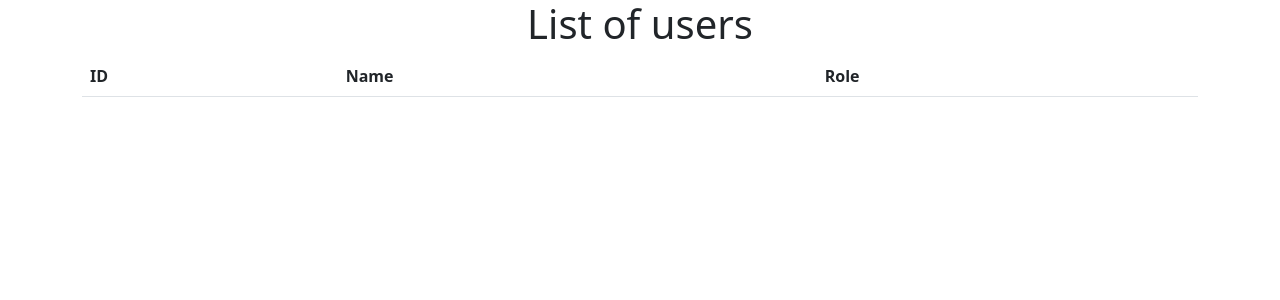
Repository: ahamie71/chat
Page: http://localhost/view/admin.phtml
These files come from the project's save history. The page is drawn as it stood at one moment and after a run of saves; the edit follows.
The browser window is 1280 px wide. The pictures show the whole page.
Some web libraries are served in a nearby version. The page is run by PHP 8.4 with error messages shown; the project is at /var/www/html/. Queries for data that is not in the repository find no rows.

Above is the page before, as saved 2023-01-13 10:33:32.

### view/admin.phtml
<?php
$db = new PDO('mysql:host=localhost;dbname=train;charset=utf8', 'root', 'root');
$req = "SELECT * FROM user ";
$recupererstmt=$db->prepare($req);
$recupererstmt->execute();
$result=$recupererstmt->fetchAll();
?>
<!DOCTYPE html>
<html lang="en">
<head>
    <meta charset="UTF-8">
    <meta http-equiv="X-UA-Compatible" content="IE=edge">
    <meta name="viewport" content="width=device-width, initial-scale=1.0">
    <link href="https://cdn.jsdelivr.net/npm/bootstrap@5.2.3/dist/css/bootstrap.min.css" rel="stylesheet" integrity="sha384-rbsA2VBKQhggwzxH7pPCaAqO46MgnOM80zW1RWuH61DGLwZJEdK2Kadq2F9CUG65" crossorigin="anonymous">
  </head>
    <title>crud</title>
</head>
<body>
<div class="container">
<table class="table caption-top">
  <h1 class="text-center">List of users</h1>
  <thead>
    <tr>
      <th scope="col">ID</th>
      <th scope="col">Name</th>

      <th scope="col">Role</th>
    </tr>
  <?php
        foreach($result as $user){
    ?>
            <tr>
                <td><?= $user['id'] ?></td>
                <td><?= $user['name'] ?></td>

                <td><?= $user['role'] ?></td>
                <td><a  class="btn btn-success" href=""<?= $user['id'] ?>">Modifier</a> <a class="btn btn-danger" href="delete.php?id=<?= $user['id'] ?>">Supprimer</a></td>
                </tr>

            </th>
    <?php
        }
    ?>
    </tbody>
  </tbody>
</table>


<script src="https://kit.fontawesome.com/31149d48b0.js" crossorigin="anonymous"></script>
<script src="https://cdn.jsdelivr.net/npm/@popperjs/core@2.9.2/dist/umd/popper.min.js" integrity="sha384-IQsoLXl5PILFhosVNubq5LC7Qb9DXgDA9i+tQ8Zj3iwWAwPtgFTxbJ8NT4GN1R8p" crossorigin="anonymous"></script>
<script src="https://cdn.jsdelivr.net/npm/bootstrap@5.0.2/dist/js/bootstrap.min.js" integrity="sha384-cVKIPhGWiC2Al4u+LWgxfKTRIcfu0JTxR+EQDz/bgldoEyl4H0zUF0QKbrJ0EcQF" crossorigin="anonymous"></script>



</body>
</html>
</body>
</html>

After the next 4 saves:
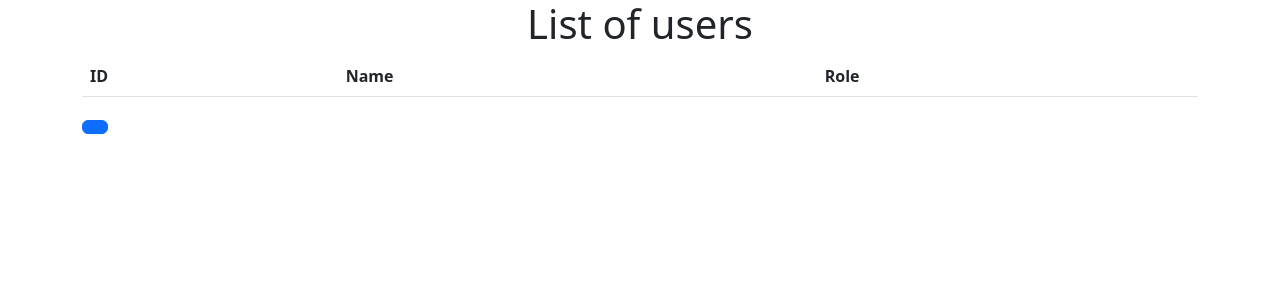
The 4 saves are shown as one change because they came seconds apart.
The last was saved 11 s later.
--- a/view/admin.phtml
+++ b/view/admin.phtml
@@ -44,7 +44,7 @@ $result=$recupererstmt->fetchAll();
     </tbody>
   </tbody>
 </table>
-
+  <button type="button" class="btn btn-primary
 
 <script src="https://kit.fontawesome.com/31149d48b0.js" crossorigin="anonymous"></script>
 <script src="https://cdn.jsdelivr.net/npm/@popperjs/core@2.9.2/dist/umd/popper.min.js" integrity="sha384-IQsoLXl5PILFhosVNubq5LC7Qb9DXgDA9i+tQ8Zj3iwWAwPtgFTxbJ8NT4GN1R8p" crossorigin="anonymous"></script>
